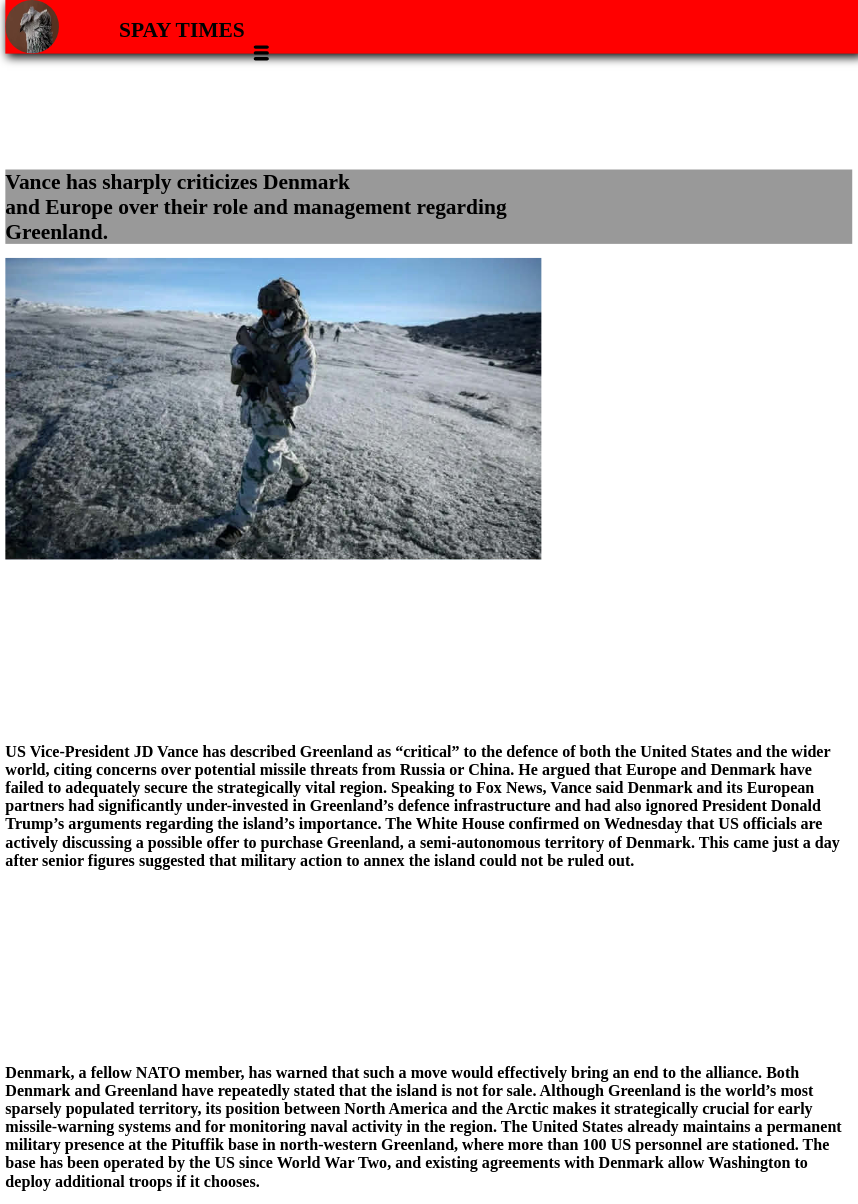
Repository: ridhukhan/spytimes
Page: /
An editor plug-in stored every save of this project. The page is shown before and after the next save, followed by the edit.
The browser window is 1280 px wide. The pictures show the whole page, at 67% of full size.
Pictures or frames that could not be fetched are drawn as grey boxes. The project was rebuilt for these pictures with package versions that can differ from the ones it lists, and the page was loaded fresh each time. Also part of the build but not shown: vite.config.js, src/nav/Navbar.css, src/components/policy/PrivecyPolicy.jsx, src/components/policy/Terms.jsx, src/components/trending/TrendingDetails.jsx, src/pages/heath/Dieabeties.jsx, src/pages/heath/Health.jsx, src/pages/heath/Allergy.jsx and 1 more.

Above is the page before, as saved 2026-01-15 09:56:14.

After the next save:
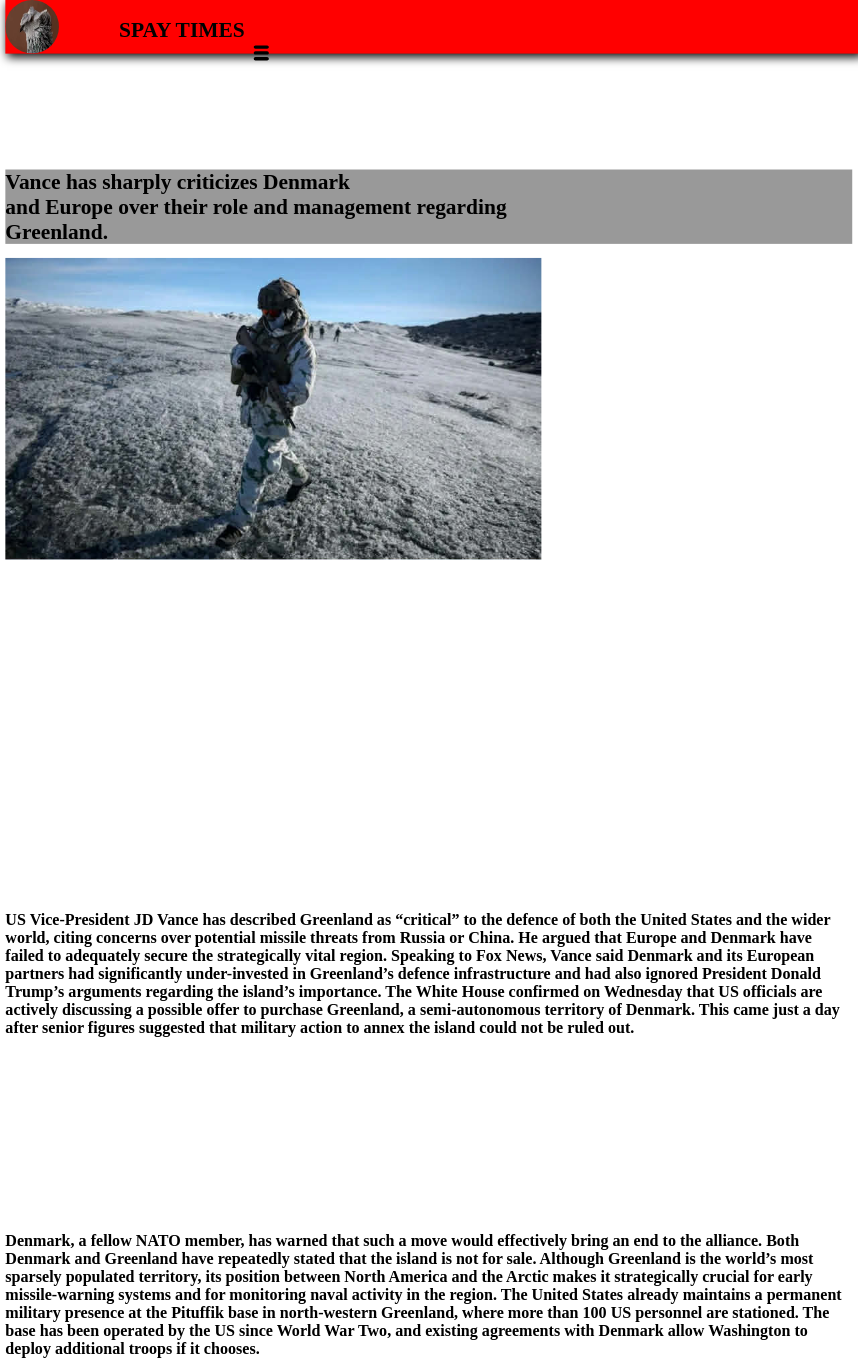
Saved 32 s later.
--- a/src/pages/home/Home.jsx
+++ b/src/pages/home/Home.jsx
@@ -1,6 +1,7 @@
 import React from 'react'
 import home1 from "../../assets/home1.jpeg"
 import ExoClickBanner from '../../components/ads/ExoclicBanner'
+import MagSrvInPlaceAd from '../../components/ads/MagSrvInPlaceAd'
 const Home = () => {
   return (
     <div style={{marginTop:"20%"}}>
@@ -8,6 +9,7 @@ const Home = () => {
 
         <img src={home1} alt="home1" />
       <ExoClickBanner/>
+      <MagSrvInPlaceAd/>
        <h2>
         US Vice-President JD Vance has described Greenland as “critical” to the defence of both the United States and the wider world, citing concerns over potential missile threats from Russia or China. He argued that Europe and Denmark have failed to adequately secure the strategically vital region.
 
